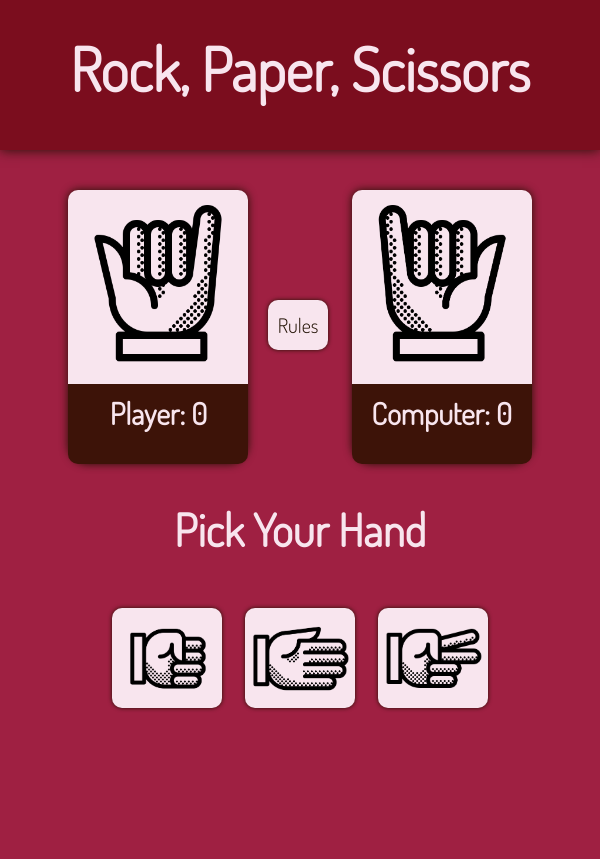
Repository: shayanabedi98/rock-paper-scissors
Page: index.html
An editor plug-in stored every save of this project. The page is shown before and after the next save, followed by the edit.
The browser window is 600 px wide. The pictures show the whole page.

Above is the page before, as saved 2023-07-21 13:20:39.

### index.html
<!DOCTYPE html>
<html lang="en">
<head>
    <meta charset="UTF-8">
    <meta name="viewport" content="width=device-width, initial-scale=1.0">
    <title>Rock, Paper, Scissors</title>
    <link rel="preconnect" href="https://fonts.googleapis.com">
    <link rel="preconnect" href="https://fonts.gstatic.com" crossorigin>
    <link href="https://fonts.googleapis.com/css2?family=Dosis:wght@300&display=swap" rel="stylesheet">
    <link rel="stylesheet" href="styles.css">
</head>
<body>
    <div class="dark-div">
    </div>
    <div class="header">
        <h1>Rock, Paper, Scissors</h1>
    </div>
    <div class="rules-btn">
        <button>Rules</button>
    </div>
    <div class="container">
        <div class="card">
            <div class="player">
                <img src="resources/startleft.png" alt="Starting image before game">
                <h3>Player: 0</h3>
            </div>
        </div>
        <div class="card">
            <div class="computer">
                <img src="resources/start.png" alt="Starting image before game">
                <h3>Computer: 0</h3>
            </div>
        </div>
    </div>
    <div class="caption">
        <h2>Pick Your Hand</h2>
    </div>
    <div class="button-container">
        <button class="btn" id="rock"><img src="resources/rockleft.png" alt="rock option"></button>
        <button class="btn" id="paper"><img src="resources/paperleft.png" alt="paper option"></button>
        <button class="btn" id="scissors"><img src="resources/scissorsleft.png" alt="scissors option"></button>
    </div>
    <div class="rules">
        <h1>Rules</h1>
        <p>Rock beats Scissors. <br>Paper beats Rock. <br>Scissors beats Paper. <br>You(Player) vs Computer. <br>Best 3/5 wins. <br>Simple enough?</p>
        <button>Close</button>
    </div>
    <script src="index.js"></script>
</body>
</html>

### styles.css
body {
    font-family:'Dosis', sans-serif;
    margin: 0;
    padding: 0;
    background-color: #9F2042;
    color: #F8E5EE;
}

h1 {
    font-size: 60px;
    margin-top: 0;

}

.dark-div {
    background-color: #211103;
    position: absolute;
    z-index: 1;
    width: 100%;
    height: 100%;
    opacity: 0;
    visibility: hidden;
}

.header {
    text-align: center;
    background-color: #7B0D1E;
    height: 120px;
    padding-top: 30px;
    box-shadow: 0 0 12px 0 #211103;
}

.rules-btn {
    text-align: center;
}

.rules-btn button {
    font-family: 'Dosis', sans-serif;
    font-size: 26px;
    background-color: #F8E5EE;
    color: #211103;
    width: 100px;
    height: 50px;
    cursor: pointer;
    border: 0;
    border-radius: 10px;
    box-shadow: 0 0 4px 0 #211103;
    position: absolute;
    margin-top: 250px;
    transform: translateX(-50px);
    text-align: center;
}

.caption {
    text-align: center;
    font-size: 30px;
}

.container {
    text-align: center;
    display: block;
    margin-top: 40px;
}

.card {
    display: inline-block;
    background-color: #F8E5EE;
    box-shadow: 0 0 8px 0 #211103;
    margin: 0 120px;
    border-radius: 10px 10px 20px 20px;
}

.card img {
    height: 350px;
    width: 345px;
}

.card h3 {
    font-size: 40px;
    color: #F8E5EE;
    background-color: #3D1308;
    margin-bottom: 0;
    height: 70px;
    padding-top: 10px;
    border-radius: 0  0 10px 10px;
}

.button-container {
    text-align: center;
    margin-top: 50px;
    height: 161px;
}

#rock, #paper, #scissors {
    font-family: 'Dosis', sans-serif;
    background-color: #F8E5EE;
    color: #211103;
    width: 110px;
    height: 100px;
    cursor: pointer;
    border: 0;
    border-radius: 10px;
    box-shadow: 0 0 4px 0 #211103;
    margin: 0 10px;
}

#rock img, #paper img, #scissors img {
    height: 100px;
}

#rock:hover, #paper:hover, #scissors:hover {
    box-shadow: 0 0 10px 0 #211103;
}

#rock:active, #paper:active, #scissors:active, #rock img:active, #paper img:active, #scissors img:active {
    box-shadow: none;
    height: 99px;
}

.rules {
    background-color: #F8E5EE;
    color: #211103;
    position: absolute;
    box-shadow: 0 0 10px 0 #211103;
    border-radius: 10px;
    text-align: center;
    margin-left: 40%;
    transform: translateY(-700px);
    width: 20%;
    z-index: 2;
    height: 450px;
    opacity: 0;
    visibility: hidden;
}

.rules p {
    font-size: 30px;
}

.rules button {
    font-family: 'Dosis', sans-serif;
    font-size: 26px;
    font-weight: 600;
    background-color: #F8E5EE;
    width: 80px;
    border: 0;
    text-decoration: overline;
    cursor: pointer;
}

.winner {
    text-align: center;
    margin-top: 350px;
}

.winner button {
    font-family: 'Dosis', sans-serif;
    font-size: 40px;
    font-family: 'Dosis', sans-serif;
    background-color: #F8E5EE;
    color: #211103;
    width: 200px;
    height: 100px;
    cursor: pointer;
    border: 0;
    border-radius: 10px;
    box-shadow: 0 0 4px 0 #211103;
}

@media (max-width: 1200px) {

    .rules-btn button {
        margin-top: 150px;
    }

    .card img {
        height: 210px;
        width: 200px;
    }
    .card h3 {
        margin-top: 0;
        font-size: 30px;
    }
}

@media (max-width: 900px) {

    .card {
        margin: 0 70px;
    }

    .card img {
        height: 190px;
        width: 180px;
    }
}

@media (max-width: 680px) {
    .rules-btn button {
        width: 60px;
        font-size: 20px;
        margin-left: 3%;
    }

    .card {
        margin: 0 50px;
    }
}

### index.js
var scoreP = 0;
var scoreC = 0;
var winner = document.querySelector('.winner');
var caption = document.querySelector('.caption h2');
var rock = document.querySelector('#rock');
var paper = document.querySelector('#paper');
var scissors = document.querySelector('#scissors');
var computer = document.querySelector('.computer img');
var player = document.querySelector('.player img');
var btn = document.querySelectorAll('.btn');
var playerPick;
var computerPick;
var rules = document.querySelector('.rules');
var rulesClose = document.querySelector('.rules button');
var rulesButton = document.querySelector('.rules-btn button');
var darkDiv = document.querySelector('.dark-div');

//animations for the rules card
rulesButton.addEventListener('click', function() {
    rules.style.opacity = '100';
    rules.style.transition = "0.5s"
    rules.style.visibility = 'visible';
    darkDiv.style.opacity = '0.5';
    darkDiv.style.transition = "0.5s"
    darkDiv.style.visibility = 'visible';
});

rulesClose.addEventListener('click', function() {
    rules.style.visibility = 'hidden';
    rules.style.opacity = '0';
    rules.style.transition = "0.5s";
    darkDiv.style.visibility = 'hidden';
    darkDiv.style.opacity = '0';
    darkDiv.style.transition = "0.5s";
});

//game mechanics
function rng() {
    return Math.floor(Math.random() * 3) + 1;
};

rock.addEventListener('click', function() {
    player.src = 'resources/rockleft.png';
    playerPick = 'rock';
});
paper.addEventListener('click', function() {
    player.src = 'resources/paperleft.png';
    playerPick = 'paper';
});
scissors.addEventListener('click', function() {
    player.src = 'resources/scissorsleft.png';
    playerPick = 'scissors';
});

for (let i = 0; i < btn.length; i ++){
    btn[i].addEventListener('click', function() {
        rng();
        if (rng() === 1) {
            computer.src = 'resources/rock.png';
            computerPick = 'rock';
        } else if (rng() === 2) {
            computer.src = 'resources/paper.png';
            computerPick = 'paper';
        } else if (rng() === 3) {
            computer.src = 'resources/scissors.png';
            computerPick = 'scissors';
        }

        if (playerPick === computerPick) {
            caption.innerHTML = 'Tie!';
        }

        else if ((playerPick === 'rock' && computerPick === 'paper') || (playerPick === 'scissors' && computerPick === 'rock') || (playerPick === 'paper' && computerPick === 'scissors')) {
            caption.innerHTML = 'Point for Computer!';
            scoreC ++;
        }

        else if ((playerPick === 'rock' && computerPick === 'scissors') || (playerPick === 'scissors' && computerPick === 'paper') || (playerPick === 'paper' && computerPick === 'rock')) {
            caption.innerHTML = 'Point for Player!';
            scoreP ++;
        }

        document.querySelector('.player h3').innerHTML = 'Player: ' + scoreP;
        document.querySelector('.computer h3').innerHTML = 'Computer: ' + scoreC;

        if (scoreC === 3) {
            window.location.replace('./loser.html');
        } else if (scoreP === 3) {
            window.location.replace('./winner.html');

        }
    });
};

function playAgain() {
    window.location.replace('./index.html');
};

After the next save:
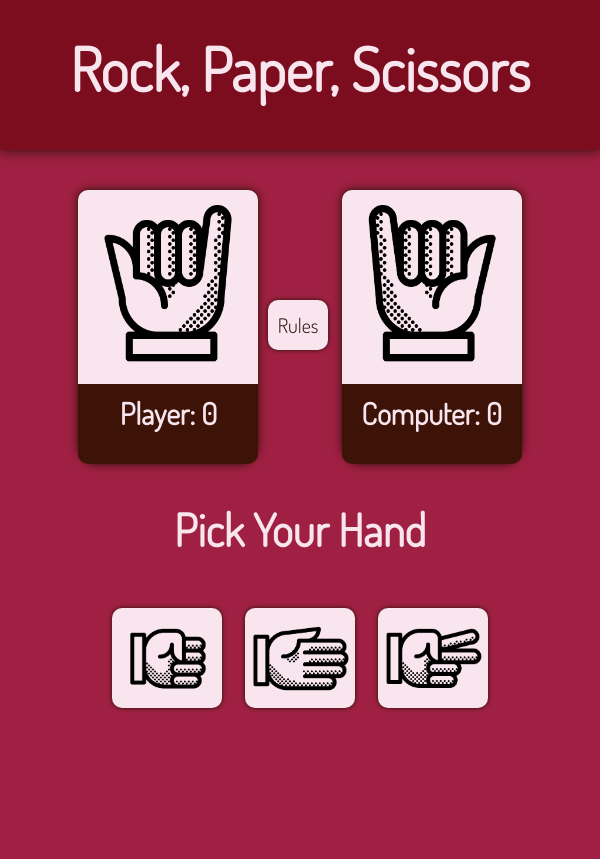
Saved 11 s later.
--- a/styles.css
+++ b/styles.css
@@ -203,6 +203,6 @@
     }
 
     .card {
-        margin: 0 50px;
-    }
-}
+        margin: 0 40px;
+    }
+}

After the save that followed:
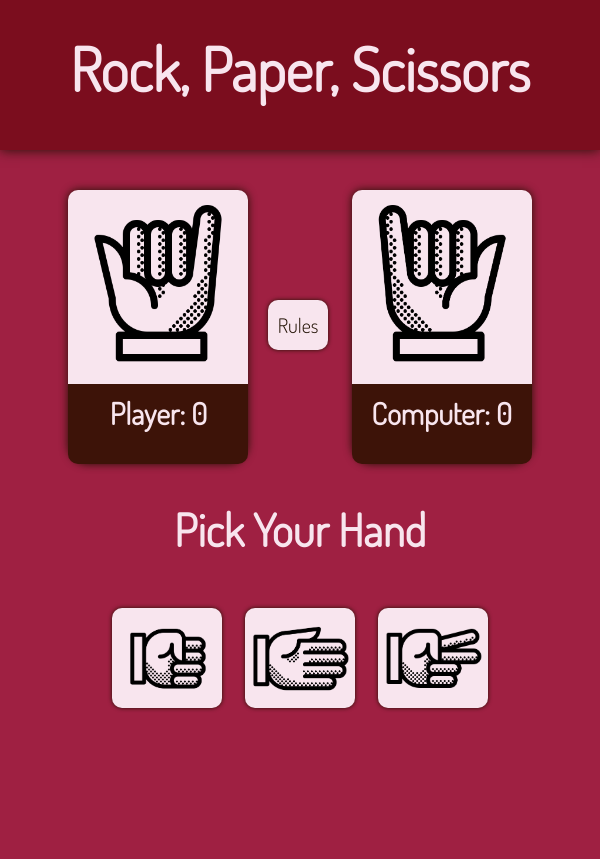
Saved 7 s later.
--- a/styles.css
+++ b/styles.css
@@ -203,6 +203,6 @@
     }
 
     .card {
-        margin: 0 40px;
-    }
-}
+        margin: 0 50px;
+    }
+}
